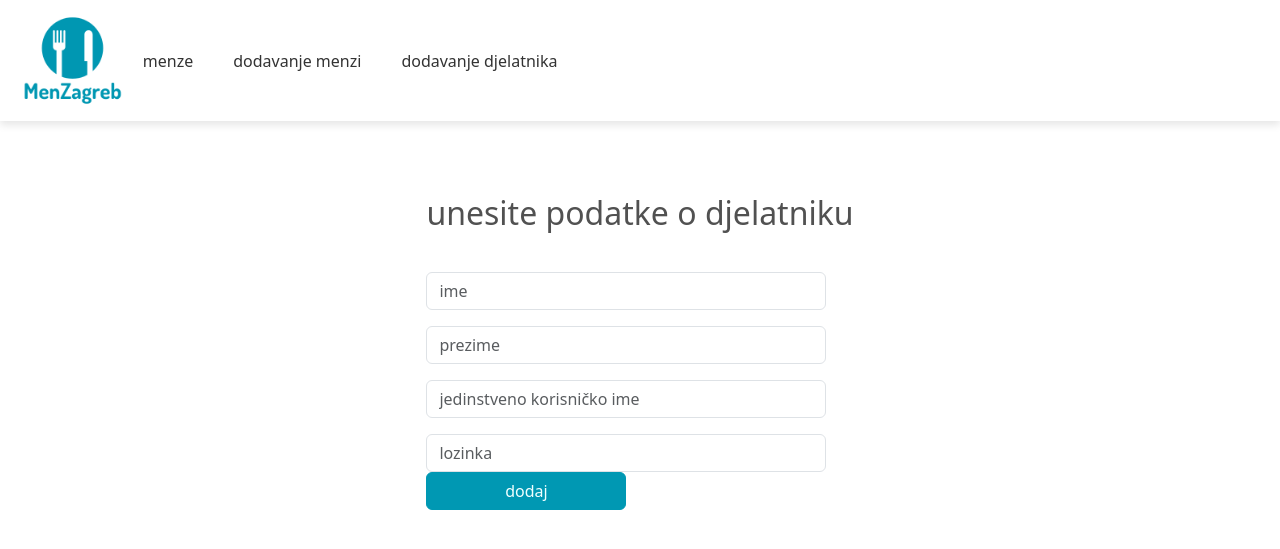
Repository: MENZG/menZg
Page: /admin/dodajDjelatnika (app in IzvorniKod/)
These files come from the project's save history. The page is drawn as it stood at one moment and after the next save; the edit follows.
The browser window is 1280 px wide. The pictures show the whole page.
The project was rebuilt for these pictures with package versions that can differ from the ones it lists, and the page was loaded fresh each time. Also part of the build but not shown: IzvorniKod/vite.config.ts, IzvorniKod/src/Components/LoginForm.tsx, IzvorniKod/src/Components/AdminLogin.tsx, IzvorniKod/src/Components/EmployeeLogin.tsx, IzvorniKod/src/Components/NavBar.tsx, IzvorniKod/src/Components/ListaMenza.tsx, IzvorniKod/src/Components/Profil.tsx, IzvorniKod/src/Components/AddMenza.tsx and 5 more.

Above is the page before, as saved 2024-11-06 20:34:00.

### IzvorniKod/index.html
<!DOCTYPE html>
<html lang="en">
  <head>
    <meta charset="UTF-8" />
    <meta name="viewport" content="width=device-width, initial-scale=1.0" />
    <link rel="preconnect" href="https://fonts.googleapis.com">
    <link rel="preconnect" href="https://fonts.gstatic.com" crossorigin>
    <link href="https://fonts.googleapis.com/css2?family=Poiret+One&display=swap" rel="stylesheet">
    <title>MenZG</title>
  </head>
  <body>
    <div id="root"></div>
    <script type="module" src="/src/main.tsx"></script>
  </body>
</html>

### IzvorniKod/src/App.tsx
import {
  BrowserRouter as Router,
  Routes,
  Route,
  Navigate,
} from "react-router-dom";

import LoginForm from "./Components/LoginForm.tsx";
import AdminLogin from "./Components/AdminLogin.tsx";
import "bootstrap/dist/css/bootstrap.min.css";
import EmployeeLogin from "./Components/EmployeeLogin.tsx";
import ListaMenza from "./Components/ListaMenza.tsx";
import Profil from "./Components/Profil.tsx";
import AddMenza from "./Components/AddMenza.tsx";
import AddEmployee from "./Components/AddEmployee.tsx";
import AddWorkingHours from "./Components/AddWorkingHours.tsx";
import AddMeals from "./Components/AddMeals.tsx";
import ListaMenzaAdmin from "./Components/ListaMenzaAdmin.tsx";
import ListaMenzaEmployee from "./Components/ListaMenzaEmployee.tsx";

function App() {
  return (
    <Router>
      <Routes>
        <Route path="/" element={<Navigate to="/login/student" />} />
        <Route path="/login" element={<Navigate to="/login/student" />} />
        <Route path="/login/student" element={<LoginForm />} />
        <Route path="/login/admin" element={<AdminLogin />} />
        <Route path="/login/employee" element={<EmployeeLogin />} />
        <Route path="/menze" element={<ListaMenza />} />
        <Route path="/profil" element={<Profil />} />
        <Route path="/admin/menze" element={<ListaMenzaAdmin />} />
        <Route path="/admin/dodajMenzu" element={<AddMenza />} />
        <Route path="/admin/dodajDjelatnika" element={<AddEmployee />} />
        <Route path="/djelatnik/menze" element={<ListaMenzaEmployee />} />
        <Route path="/djelatnik/dodajJelovnik" element={<AddMeals />} />
        <Route
          path="/djelatnik/dodajRadnoVrijeme"
          element={<AddWorkingHours />}
        />
      </Routes>
    </Router>
  );
}

export default App;

### IzvorniKod/src/Components/AddEmployee.tsx
import NavBarAdmin from "./NavBarAdmin";
import { Button, Form } from "react-bootstrap";

const AddEmployee = () => {
  return (
    <>
      <NavBarAdmin />
      <div className="dodaj-djelatnika-container">
        <h2 className="h2">unesite podatke o djelatniku</h2>
        <Form className="w-100" style={{ maxWidth: "400px" }}>
          <Form.Group className="mb-3">
            <Form.Control
              className="form-control"
              type="name"
              placeholder="ime"
            />
          </Form.Group>

          <Form.Group className="mb-3">
            <Form.Control
              className="form-control"
              type="last-name"
              placeholder="prezime"
            />
          </Form.Group>

          <Form.Group className="mb-3">
            <Form.Control
              className="form-control"
              type="text"
              placeholder="jedinstveno korisničko ime"
            />
          </Form.Group>

          <Form.Control
            className="form-control"
            type="text"
            placeholder="lozinka"
          />

          <Button variant="primary" type="submit" className="w-50 mb-3">
            dodaj
          </Button>
        </Form>
      </div>
    </>
  );
};

export default AddEmployee;

### IzvorniKod/src/styles/ListaMenza.css
/*.card-container {
    display: grid;
    grid-template-columns: repeat(auto-fill, minmax(18rem, 1fr));
    gap: 1rem;
    padding: 1rem;
    justify-items: center;
    align-items: start;
    padding-top: 20vh;
  }*/

  .card-container {
    display: grid;
    grid-template-columns: repeat(3, 1fr); /* Maksimalno 3 stupca */
    gap: 1rem;
    padding: 1rem;
    justify-items: center;
    justify-content: center;
    align-items: start;
    padding-top: 20vh;
    max-width: 75vw; /* Održite ovu širinu za udaljenost od rubova */
    margin-left: auto; /* Centriranje pomoću automatskih margina */
    margin-right: auto;
  }

  /* Smanji na 2 stupca za srednje ekrane */
  @media (max-width: 768px) {
    .card-container {
      grid-template-columns: repeat(2, 1fr);
    }
  }

  /* Smanji na 1 stupac za male ekrane (mobitele) */
  @media (max-width: 480px) {
    .card-container {
      grid-template-columns: 1fr;
    }
  }

  .card {
    box-shadow: 0px 4px 8px rgba(0, 0, 0, 0.2);
    border-radius: 8px;
    transition: transform 0.3s ease;
  }

  .card:hover {
    transform: scale(1.05);
  }

  .card img {
    border-top-left-radius: 8px;
    border-top-right-radius: 8px;
    object-fit: cover;
    height: 25vh;
  }

  .btn-primary{
    background-color: #0098b3;
    color: azure;
    border-color: #0098b3;
  }

  .btn-primary:hover{
    background-color: #00758a;
    border-color: #00758a;
  }

  .button-container {
    text-align: center;
  }

### IzvorniKod/src/Components/NavBarAdmin.tsx
import "/src/styles/NavBar.css";
import { useNavigate } from "react-router-dom";
import { Button } from "react-bootstrap";

const NavBarAdmin = () => {
  const navigate = useNavigate();

  const handleOnClickMenze = () => {
    navigate("/admin/menze");
  };

  const handleOnClickAddMenza = () => {
    navigate("/admin/dodajMenzu");
  };

  const handleOnClickAddEmployee = () => {
    navigate("/admin/dodajDjelatnika");
  };
  return (
    <nav className="navbar navbar-expand-lg bg-body-tertiary navbar-bg">
      <div className="container-fluid">
        <img
          src="/src/public/MenZagreb.png"
          alt="logo slika"
          className="logo-img"
        ></img>
        <div className="nav-btn-container">
          <ul className="navbar-nav me-auto mb-2 mb-lg-0">
            <li className="nav-item">
              <Button className="nav-btn" onClick={handleOnClickMenze}>
                menze
              </Button>
            </li>
            <li className="nav-item">
              <Button className="nav-btn" onClick={handleOnClickAddMenza}>
                dodavanje menzi
              </Button>
            </li>
            <li className="nav-item">
              <Button className="nav-btn" onClick={handleOnClickAddEmployee}>
                dodavanje djelatnika
              </Button>
            </li>
          </ul>
        </div>
      </div>
    </nav>
  );
};

export default NavBarAdmin;

### IzvorniKod/src/styles/AddMenza.css
.dodaj-menzu-container{
    display: flex;
    flex-direction: column;
    align-items: center; /* Centers the children horizontally */
    justify-content: center; /* Centers the children vertically, if needed */
    text-align: center;
}

.h2{
    color: rgb(81, 81, 81);
    margin-bottom: 40px;
}
.h4{
    color: rgb(81, 81, 81);
}

body {
    display: flex;
    justify-content: center; /* Centers horizontally */
    align-items: center; /* Centers vertically */
    min-height: 100vh; /* Ensures the body takes the full height of the viewport */
    margin: 0; /* Removes default margin */
  }

.select-container{
    display: flex;
    flex-direction: row;
    margin: 20px;
}

### IzvorniKod/src/styles/NavBar.css
.logo-img {
    height: 14vh;
    margin: 0;
}

.nav-item .nav-btn {
    background: none; /* Ukloni pozadinu */
    border: none; /* Ukloni okvir */
    color: #333; /* Postavi osnovnu boju teksta */
    font-weight: normal; /* Postavi običan tekst bez boldovanja */
    cursor: pointer; /* Prikaz kursora kao pointer */
    padding: 0; /* Ukloni padding */
    text-decoration: none; /* Ukloni podvlačenje teksta */
    margin: 0 20px; /* Dodaj horizontalni razmak između dugmadi */
}

.nav-item .nav-btn:hover {
    color: #0098b3; /* Promeni boju teksta na hover */
    background: none;
}

.nav-btn-container {
    display: flex;
    justify-content: center;
    gap: 20px; /* Razmak između dugmadi */
    width: 100%; /* Proširi na celu širinu navigacije */
    align-items: center; /* Vertikalno centriraj dugmad */
}
.navbar-bg {
    background-color: white !important; /* Prisiljava belu pozadinu */
}
.navbar {
    position: fixed;
    top: 0;
    left: 0;
    width: 100%;
    z-index: 1000; /* Ensures the navbar stays on top of other elements */
    background-color: white; /* Ensures the navbar background stays visible */
    box-shadow: 0 4px 8px rgba(0, 0, 0, 0.1); /* Adds shadow */
    padding: 10px 10px;
}
.container-fluid{
    margin: 0;
}

Loaded but not shown: IzvorniKod/src/main.tsx (common file)

After the next save:
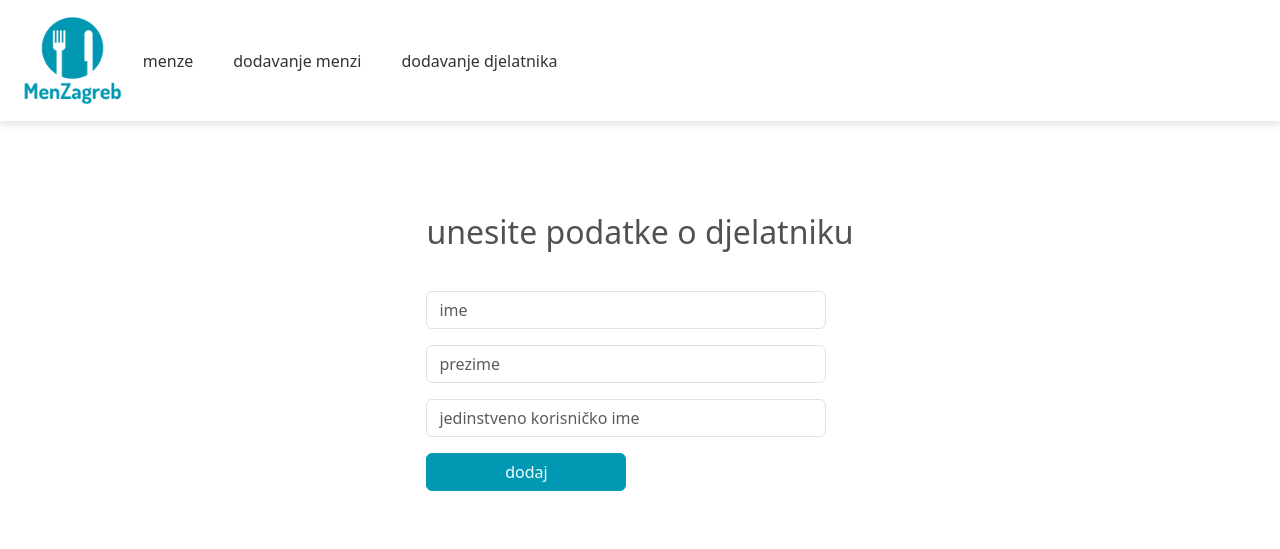
Saved 24 s later.
--- a/IzvorniKod/src/Components/AddEmployee.tsx
+++ b/IzvorniKod/src/Components/AddEmployee.tsx
@@ -32,12 +32,6 @@ const AddEmployee = () => {
             />
           </Form.Group>
 
-          <Form.Control
-            className="form-control"
-            type="text"
-            placeholder="lozinka"
-          />
-
           <Button variant="primary" type="submit" className="w-50 mb-3">
             dodaj
           </Button>
